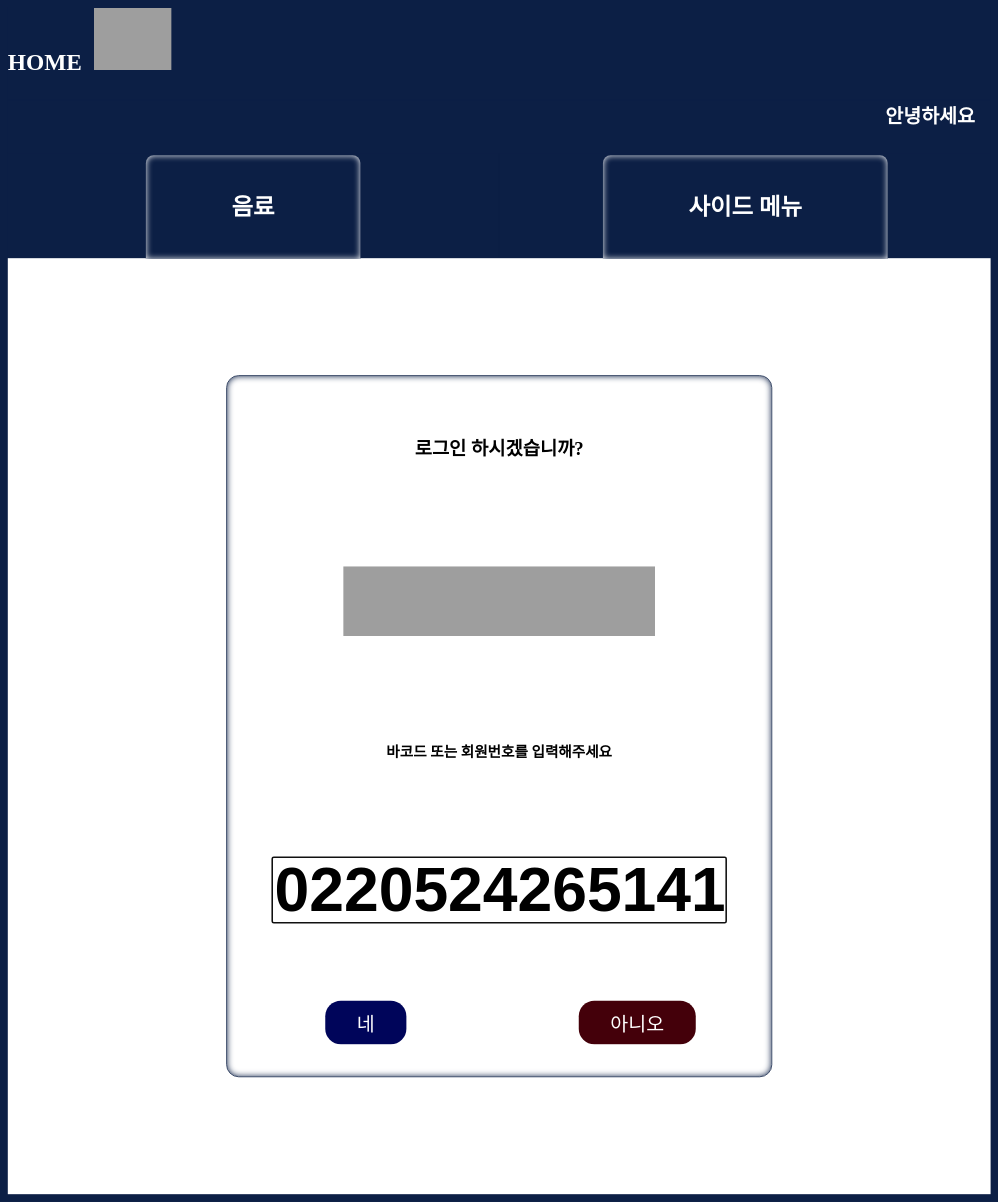
Repository: DevJoeYC/Metabukcs
Page: http://localhost/metabucks/KIOSK/login.jsp
An editor plug-in stored every save of this project. The page is shown before and after the next save, followed by the edit.
The browser window is 1280 px wide. The pictures show the whole page, at 78% of full size.
Pictures or frames that could not be fetched are drawn as grey boxes. The page is served by Tomcat 9.

Above is the page before, as saved 2022-05-27 05:45:41.

After the next save:
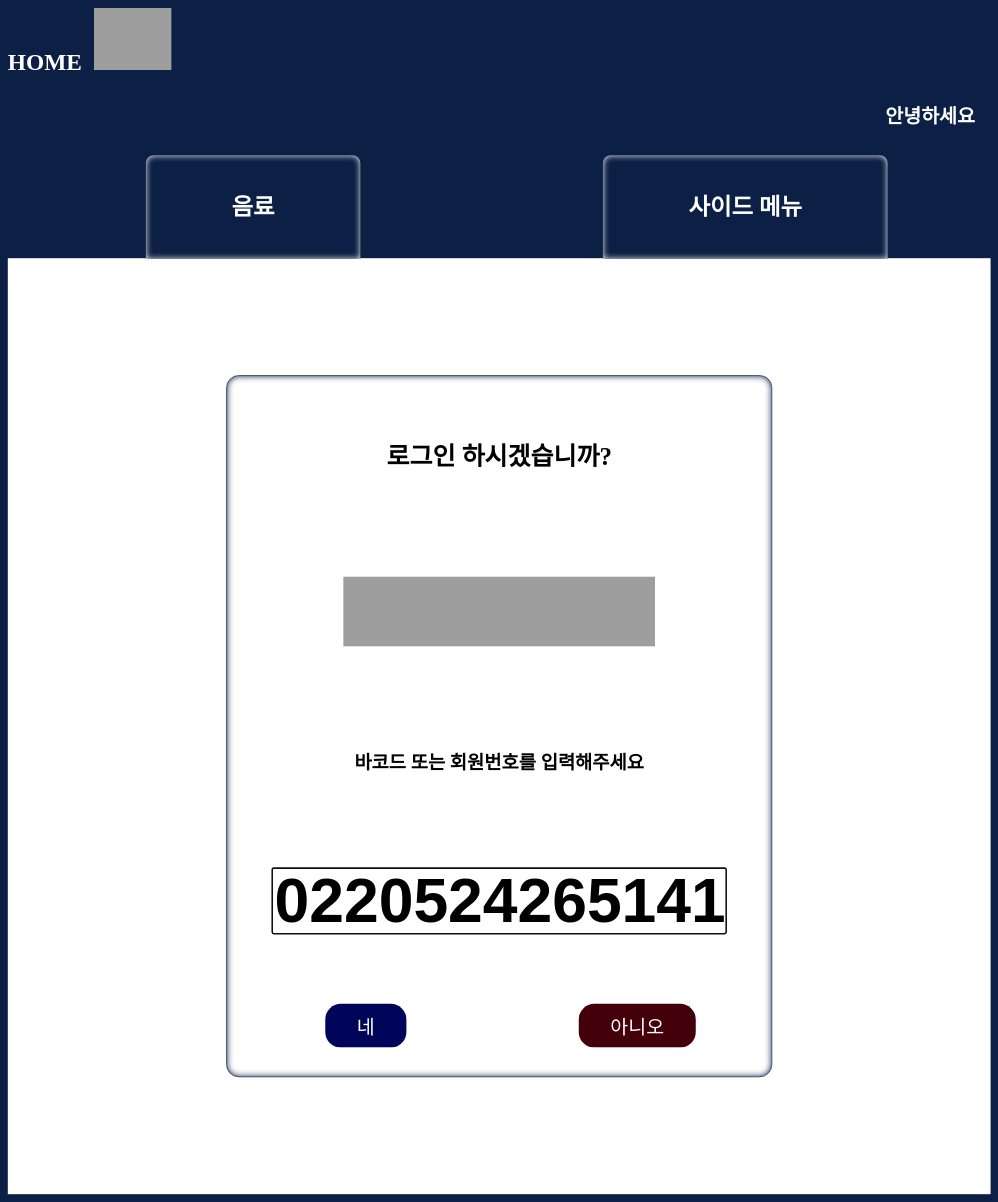
Saved 29 min 3 s later.
--- a/metabucks/WebContent/KIOSK/login.jsp
+++ b/metabucks/WebContent/KIOSK/login.jsp
@@ -46,13 +46,13 @@
 		<form name="login" method="post" action="loginok.jsp" onsubmit="javascript:return false;">
 		<table id="login" border="0" height="900" width="700" style="margin : auto; text-align:center">
 			<tr>
-				<td colspan="2"><h2>로그인 하시겠습니까?</h2></td>
+				<td colspan="2"><h1>로그인 하시겠습니까?</h1></td>
 			</tr>
 			<tr>
 				<td colspan="2"><img src="images/barcode.png" width="400" height="90"></td>
 			</tr>
 			<tr>
-				<td colspan=2><h3>바코드 또는 회원번호를 입력해주세요</h3></td>
+				<td colspan=2><h2>바코드 또는 회원번호를 입력해주세요</h2></td>
 			</tr>
 
 			<tr>
